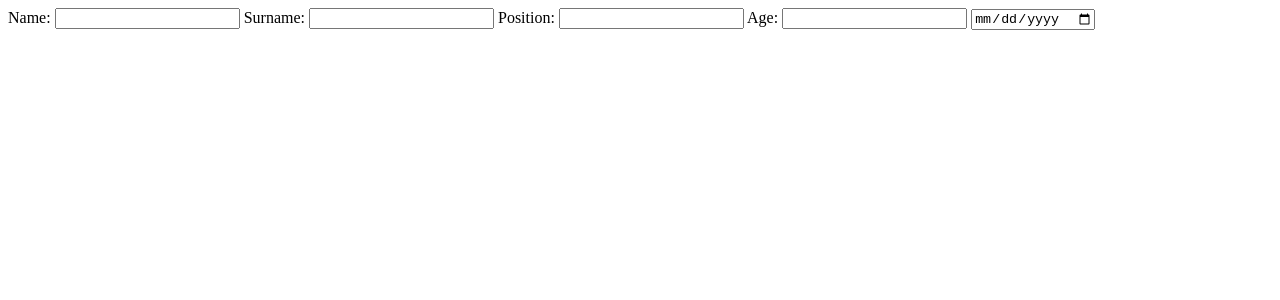
Repository: AytacSafarova/Form-lesson
Page: index.html
An editor plug-in stored every save of this project. The page is shown before and after a run of saves, followed by the edit.
The browser window is 1280 px wide. The pictures show the whole page.

Above is the page before, as saved 2023-08-29 14:33:22.

### index.html
<!DOCTYPE html>
<html lang="en">
<head>
    <meta charset="UTF-8">
    <meta name="viewport" content="width=device-width, initial-scale=1.0">
    <title>Document</title>
    <link rel="stylesheet" href="./index.css">
</head>
<body>
    <div>
        <form action="https://randomuser.me/api/">
            <label for="">
                Name:
                <input type="text">
            </label>
            <label for="">
                Surname:
                <input type="text">
            </label>
            <label for="">
                Position:
                <input type="text">
            </label>
            <label for="">
                Age:
                <input type="number">
            </label>
            <label for="">
                <input type="date">
            </label>
        </form>
    </div>
</body>
</html>

### index.css
div{
    background-color: #D4E2D4#;
   min
}

After the next 2 saves:
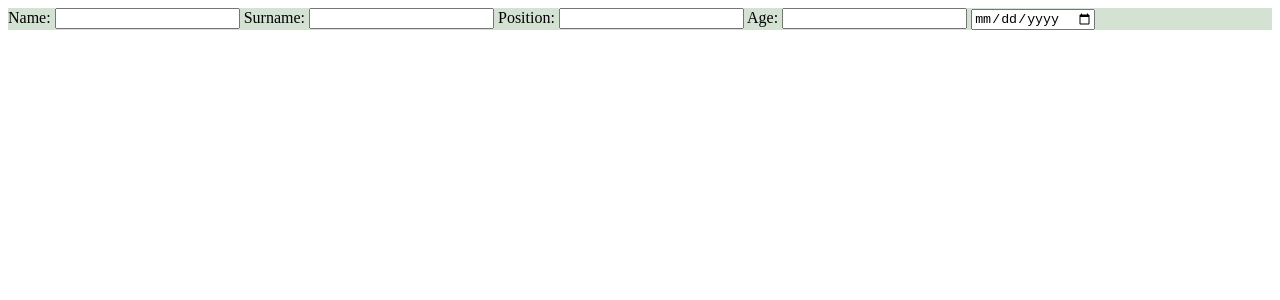
The 2 saves are shown as one change because they came seconds apart.
The last was saved 5 s later.
--- a/index.css
+++ b/index.css
@@ -1,4 +1,4 @@
 div{
-    background-color: #D4E2D4#;
-   min
+    background-color: #D4E2D4;
+   min-
 }
